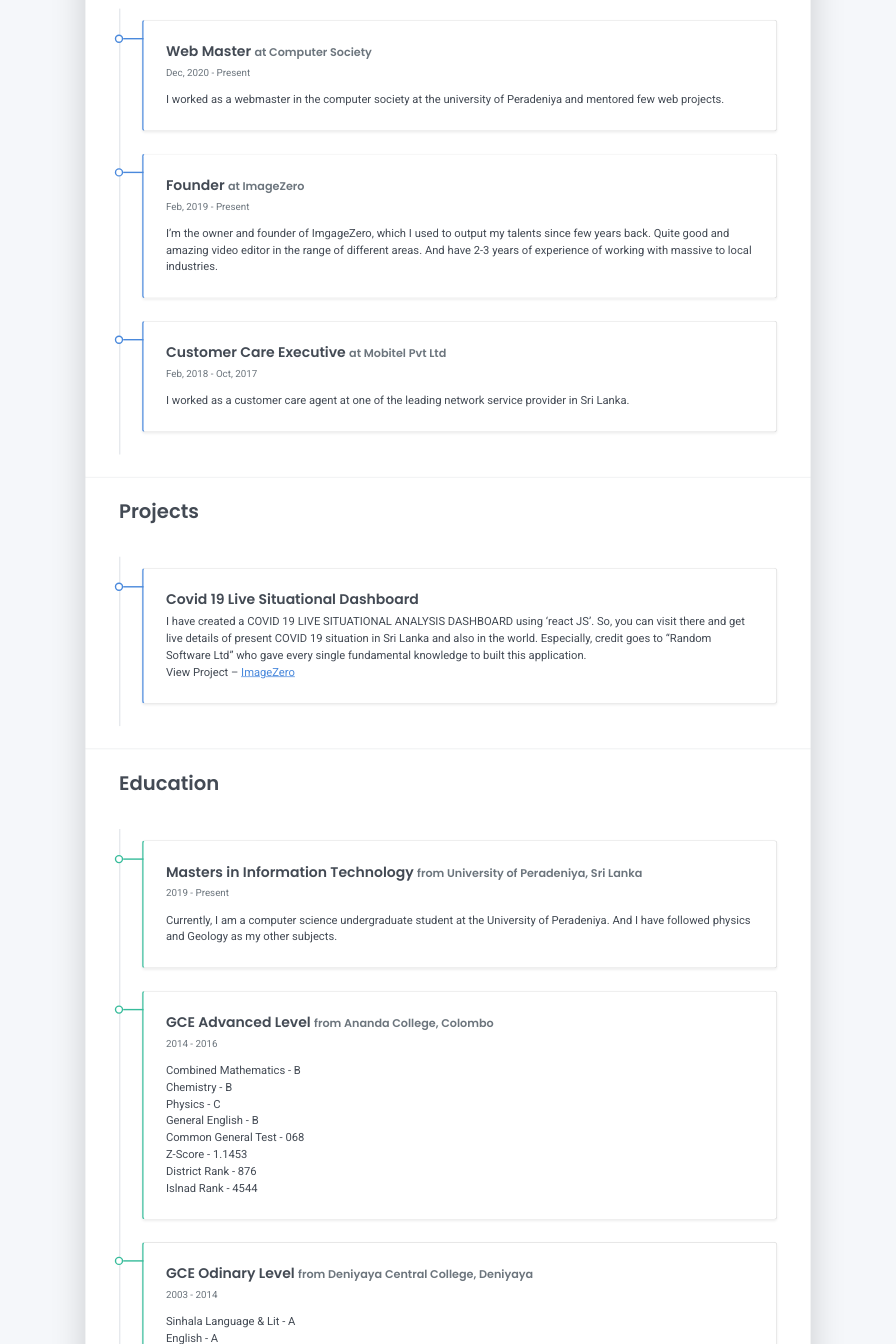
Repository: virangaj/resume
Page: index.html
The author's editor kept a copy of each file at every save. The page is drawn from the files as they stood at one save, then again after the next save.
The browser window is 1280 px wide. The pictures show the part of the page from y = 1306 to 3226 px (the page is 4281 px tall), at 70% of full size.

Above is the page before, as saved 2021-08-31 19:59:00.

### index.html
<!DOCTYPE html>
<html lang="en-US">
	<head>
		<meta charset="UTF-8" />
		<meta http-equiv="X-UA-Compatible" content="IE=edge" />
		<meta name="viewport" content="width=device-width, initial-scale=1" />
		<title>Virang Jayawardana</title>
		<link
			rel="preconnect"
			href="https://fonts.gstatic.com"
			crossorigin="crossorigin"
		/>
		<link
			rel="preload"
			as="style"
			href="https://fonts.googleapis.com/css2?family=Poppins:wght@600&amp;family=Roboto:wght@300;400;500;700&amp;display=swap"
		/>
		<link
			rel="stylesheet"
			href="https://fonts.googleapis.com/css2?family=Poppins:wght@600&amp;family=Roboto:wght@300;400;500;700&amp;display=swap"
			media="print"
			onload="this.media='all'"
		/>
		<noscript>
			<link
				rel="stylesheet"
				href="https://fonts.googleapis.com/css2?family=Poppins:wght@600&amp;family=Roboto:wght@300;400;500;700&amp;display=swap"
			/>
		</noscript>
		<link href="css/font-awesome/css/all.min.css?ver=1.2.0" rel="stylesheet" />
		<link href="css/bootstrap.min.css?ver=1.2.0" rel="stylesheet" />
		<link href="css/aos.css?ver=1.2.0" rel="stylesheet" />
		<link href="css/main.css?ver=1.2.0" rel="stylesheet" />
		<noscript>
			<style type="text/css">
				[data-aos] {
					opacity: 1 !important;
					transform: translate(0) scale(1) !important;
				}
			</style>
		</noscript>
	</head>
	<body id="top">
		<header class="d-print-none">
			<div class="container text-center text-lg-left">
				<div class="py-3 clearfix">
					<h1 class="site-title mb-0">Virang Jayawardana</h1>
					<div class="site-nav">
						<nav role="navigation">
							<ul class="nav justify-content-center">
								<li class="nav-item">
									<a
										class="nav-link"
										href="https://twitter.com/VirangaPasi"
										title="Twitter"
										><i class="fab fa-twitter"></i
										><span class="menu-title sr-only">Twitter</span></a
									>
								</li>
								<li class="nav-item">
									<a
										class="nav-link"
										href="https://www.facebook.com/virangapasindu.jayawardana/"
										title="Facebook"
										><i class="fab fa-facebook"></i
										><span class="menu-title sr-only">Facebook</span></a
									>
								</li>
								<li class="nav-item">
									<a
										class="nav-link"
										href="https://www.instagram.com/pasiya_k9/"
										title="Instagram"
										><i class="fab fa-instagram"></i
										><span class="menu-title sr-only">Instagram</span></a
									>
								</li>
								<li class="nav-item">
									<a
										class="nav-link"
										href="https://github.com/Viranga-pasi"
										title="Github"
										><i class="fab fa-github"></i
										><span class="menu-title sr-only">Github</span></a
									>
								</li>
							</ul>
						</nav>
					</div>
				</div>
			</div>
		</header>
		<div class="page-content">
			<div class="container">
				<div class="cover shadow-lg bg-white">
					<div class="cover-bg p-3 p-lg-4 text-white">
						<div class="row">
							<div class="col-lg-4 col-md-5">
								<div class="avatar hover-effect bg-white shadow-sm p-1">
									<img src="images/avatar.jpg" width="200" height="200" />
								</div>
							</div>
							<div class="col-lg-8 col-md-7 text-center text-md-start">
								<h2 class="h1 mt-2" data-aos="fade-left" data-aos-delay="0">
									Joyce Harrison
								</h2>
								<p data-aos="fade-left" data-aos-delay="100">
									Undergraduate | Web Developer
								</p>
								<div
									class="d-print-none"
									data-aos="fade-left"
									data-aos-delay="200"
								>
									<a
										class="btn btn-light text-dark shadow-sm mt-1 me-1"
										href="right-resume.pdf"
										target="_blank"
										>Download CV</a
									><a class="btn btn-success shadow-sm mt-1" href="#contact"
										>Hire Me</a
									>
								</div>
							</div>
						</div>
					</div>
					<div class="about-section pt-4 px-3 px-lg-4 mt-1">
						<div class="row">
							<div class="col-md-6">
								<h2 class="h3 mb-3">About Me</h2>
								<p>
									Hello! I’m Viranga Jayawardana. I am passionate about new
									technologies and Web Design. I am a skilled Front-end
									Developer and amazing video editor.
								</p>
							</div>
							<div class="col-md-5 offset-md-1">
								<div class="row mt-2">
									<div class="col-sm-4">
										<div class="pb-1">Age</div>
									</div>
									<div class="col-sm-8">
										<div class="pb-1 text-secondary">24</div>
									</div>
									<div class="col-sm-4">
										<div class="pb-1">Email</div>
									</div>
									<div class="col-sm-8">
										<div class="pb-1 text-secondary">
											virangapasindu4@gmail.com
										</div>
									</div>
									<div class="col-sm-4">
										<div class="pb-1">Phone</div>
									</div>
									<div class="col-sm-8">
										<div class="pb-1 text-secondary">+94 71 530 9595</div>
									</div>
									<div class="col-sm-4">
										<div class="pb-1">Address</div>
									</div>
									<div class="col-sm-8">
										<div class="pb-1 text-secondary">
											Samanala, Galdola, Kotapola, Sri Lanka
										</div>
									</div>
								</div>
							</div>
						</div>
					</div>
					<hr class="d-print-none" />
					<div class="skills-section px-3 px-lg-4">
						<h2 class="h3 mb-3">Professional Skills</h2>
						<div class="row">
							<div class="col-md-6">
								<div class="mb-2">
									<span>HTML</span>
									<div class="progress my-1">
										<div
											class="progress-bar bg-primary"
											role="progressbar"
											data-aos="zoom-in-right"
											data-aos-delay="100"
											data-aos-anchor=".skills-section"
											style="width: 90%"
											aria-valuenow="90"
											aria-valuemin="0"
											aria-valuemax="100"
										></div>
									</div>
								</div>
								<div class="mb-2">
									<span>CSS</span>
									<div class="progress my-1">
										<div
											class="progress-bar bg-primary"
											role="progressbar"
											data-aos="zoom-in-right"
											data-aos-delay="200"
											data-aos-anchor=".skills-section"
											style="width: 85%"
											aria-valuenow="85"
											aria-valuemin="0"
											aria-valuemax="100"
										></div>
									</div>
								</div>
								<div class="mb-2">
									<span>JavaScript</span>
									<div class="progress my-1">
										<div
											class="progress-bar bg-primary"
											role="progressbar"
											data-aos="zoom-in-right"
											data-aos-delay="300"
											data-aos-anchor=".skills-section"
											style="width: 80%"
											aria-valuenow="80"
											aria-valuemin="0"
											aria-valuemax="100"
										></div>
									</div>
								</div>
								<div class="mb-2">
									<span>ReactJs</span>
									<div class="progress my-1">
										<div
											class="progress-bar bg-primary"
											role="progressbar"
											data-aos="zoom-in-right"
											data-aos-delay="300"
											data-aos-anchor=".skills-section"
											style="width: 75%"
											aria-valuenow="75"
											aria-valuemin="0"
											aria-valuemax="100"
										></div>
									</div>
								</div>
								<div class="mb-2">
									<span>Java</span>
									<div class="progress my-1">
										<div
											class="progress-bar bg-primary"
											role="progressbar"
											data-aos="zoom-in-right"
											data-aos-delay="300"
											data-aos-anchor=".skills-section"
											style="width: 70%"
											aria-valuenow="70"
											aria-valuemin="0"
											aria-valuemax="100"
										></div>
									</div>
								</div>
								<div class="mb-2">
									<span>C language</span>
									<div class="progress my-1">
										<div
											class="progress-bar bg-primary"
											role="progressbar"
											data-aos="zoom-in-right"
											data-aos-delay="300"
											data-aos-anchor=".skills-section"
											style="width: 70%"
											aria-valuenow="70"
											aria-valuemin="0"
											aria-valuemax="100"
										></div>
									</div>
								</div>
								<div class="mb-2">
									<span>Wordpress</span>
									<div class="progress my-1">
										<div
											class="progress-bar bg-primary"
											role="progressbar"
											data-aos="zoom-in-right"
											data-aos-delay="300"
											data-aos-anchor=".skills-section"
											style="width: 85%"
											aria-valuenow="85"
											aria-valuemin="0"
											aria-valuemax="100"
										></div>
									</div>
								</div>
							</div>
							<div class="col-md-6">
								<div class="mb-2">
									<span>Adobe Photoshop</span>
									<div class="progress my-1">
										<div
											class="progress-bar bg-success"
											role="progressbar"
											data-aos="zoom-in-right"
											data-aos-delay="400"
											data-aos-anchor=".skills-section"
											style="width: 80%"
											aria-valuenow="90"
											aria-valuemin="0"
											aria-valuemax="100"
										></div>
									</div>
								</div>
								<div class="mb-2">
									<span>Abode Premiere Pro</span>
									<div class="progress my-1">
										<div
											class="progress-bar bg-success"
											role="progressbar"
											data-aos="zoom-in-right"
											data-aos-delay="500"
											data-aos-anchor=".skills-section"
											style="width: 85%"
											aria-valuenow="85"
											aria-valuemin="0"
											aria-valuemax="100"
										></div>
									</div>
								</div>
								<div class="mb-2">
									<span>Adobe After Effect</span>
									<div class="progress my-1">
										<div
											class="progress-bar bg-success"
											role="progressbar"
											data-aos="zoom-in-right"
											data-aos-delay="600"
											data-aos-anchor=".skills-section"
											style="width: 75%"
											aria-valuenow="75"
											aria-valuemin="0"
											aria-valuemax="100"
										></div>
									</div>
								</div>
								<div class="mb-2">
									<span>Adobe XD</span>
									<div class="progress my-1">
										<div
											class="progress-bar bg-success"
											role="progressbar"
											data-aos="zoom-in-right"
											data-aos-delay="600"
											data-aos-anchor=".skills-section"
											style="width: 75%"
											aria-valuenow="75"
											aria-valuemin="0"
											aria-valuemax="100"
										></div>
									</div>
								</div>
								<div class="mb-2">
									<span>Microsoft Office</span>
									<div class="progress my-1">
										<div
											class="progress-bar bg-success"
											role="progressbar"
											data-aos="zoom-in-right"
											data-aos-delay="600"
											data-aos-anchor=".skills-section"
											style="width: 85%"
											aria-valuenow="85"
											aria-valuemin="0"
											aria-valuemax="100"
										></div>
									</div>
								</div>
							</div>
						</div>
					</div>
					<hr class="d-print-none" />
					<div class="work-experience-section px-3 px-lg-4">
						<h2 class="h3 mb-4">Work Experience</h2>
						<div class="timeline">
							<div class="timeline-card timeline-card-primary card shadow-sm">
								<div class="card-body">
									<div class="h5 mb-1">
										Web Master
										<span class="text-muted h6">at Computer Society</span>
									</div>
									<div class="text-muted text-small mb-2">
										Dec, 2020 - Present
									</div>
									<div>
										I worked as a webmaster in the computer society at the
										university of Peradeniya and mentored few web projects.
									</div>
								</div>
							</div>
							<div class="timeline-card timeline-card-primary card shadow-sm">
								<div class="card-body">
									<div class="h5 mb-1">
										Founder
										<span class="text-muted h6">at ImageZero</span>
									</div>
									<div class="text-muted text-small mb-2">
										Feb, 2019 - Present
									</div>
									<div>
										I’m the owner and founder of ImgageZero, which I used to
										output my talents since few years back. Quite good and
										amazing video editor in the range of different areas. And
										have 2-3 years of experience of working with massive to
										local industries.
									</div>
								</div>
							</div>
							<div class="timeline-card timeline-card-primary card shadow-sm">
								<div class="card-body">
									<div class="h5 mb-1">
										Customer Care Executive
										<span class="text-muted h6">at Mobitel Pvt Ltd</span>
									</div>
									<div class="text-muted text-small mb-2">
										Feb, 2018 - Oct, 2017
									</div>
									<div>
										I worked as a customer care agent at one of the leading
										network service provider in Sri Lanka.
									</div>
								</div>
							</div>
						</div>
					</div>
					<hr class="d-print-none" />
					<div class="work-experience-section px-3 px-lg-4">
						<h2 class="h3 mb-4">Projects</h2>
						<div class="timeline">
							<div class="timeline-card timeline-card-primary card shadow-sm">
								<div class="card-body">
									<div class="h5 mb-1">Covid 19 Live Situational Dashboard</div>

									<div>
										I have created a COVID 19 LIVE SITUATIONAL ANALYSIS
										DASHBOARD using ‘react JS’. So, you can visit there and get
										live details of present COVID 19 situation in Sri Lanka and
										also in the world. Especially, credit goes to “Random
										Software Ltd” who gave every single fundamental knowledge to
										built this application.<br />
										View Project –
										<a href="https://imagezero.net/" target="_blank"
											>ImageZero</a
										>
									</div>
								</div>
							</div>
						</div>
					</div>
					<hr class="d-print-none" />
					<div class="page-break"></div>
					<div class="education-section px-3 px-lg-4 pb-4">
						<h2 class="h3 mb-4">Education</h2>
						<div class="timeline">
							<div class="timeline-card timeline-card-success card shadow-sm">
								<div class="card-body">
									<div class="h5 mb-1">
										Masters in Information Technology
										<span class="text-muted h6"
											>from University of Peradeniya, Sri Lanka</span
										>
									</div>
									<div class="text-muted text-small mb-2">2019 - Present</div>
									<div>
										Currently, I am a computer science undergraduate student at
										the University of Peradeniya. And I have followed physics
										and Geology as my other subjects.
									</div>
								</div>
							</div>
							<div class="timeline-card timeline-card-success card shadow-sm">
								<div class="card-body">
									<div class="h5 mb-1">
										GCE Advanced Level
										<span class="text-muted h6"
											>from Ananda College, Colombo</span
										>
									</div>
									<div class="text-muted text-small mb-2">2014 - 2016</div>
									<div>Combined Mathematics - B</div>
									<div>Chemistry - B</div>
									<div>Physics - C</div>
									<div>General English - B</div>
									<div>Common General Test - 068</div>
									<div>Z-Score - 1.1453</div>
									<div>District Rank - 876</div>
									<div>Islnad Rank - 4544</div>
								</div>
							</div>
							<div class="timeline-card timeline-card-success card shadow-sm">
								<div class="card-body">
									<div class="h5 mb-1">
										GCE Odinary Level
										<span class="text-muted h6"
											>from Deniyaya Central College, Deniyaya</span
										>
									</div>
									<div class="text-muted text-small mb-2">2003 - 2014</div>
									<div>Sinhala Language & Lit - A</div>
									<div>English - A</div>
									<div>Mathematics (ENG) - A</div>
									<div>Science (ENG) - A</div>
									<div>History - A</div>
									<div>Buddhism - A</div>
									<div>English - A</div>
									<div>Accounting & Bussiness Studies - A</div>
									<div>ICT (ENG) - A</div>
									<div>Appreciation of English Leteracy Texts - C</div>
								</div>
							</div>
						</div>
					</div>
					<hr class="d-print-none" />
					<div class="contant-section px-3 px-lg-4 pb-4" id="contact">
						<h2 class="h3 text mb-3">Contact</h2>
						<div class="row">
							<div class="col-md-7 d-print-none">
								<div class="my-2">
									<form action="virangapasindu4@gmail.com" method="POST">
										<div class="row">
											<div class="col-6">
												<input
													class="form-control"
													type="text"
													id="name"
													name="name"
													placeholder="Your Name"
													required
												/>
											</div>
											<div class="col-6">
												<input
													class="form-control"
													type="email"
													id="email"
													name="_replyto"
													placeholder="Your E-mail"
													required
												/>
											</div>
										</div>
										<div class="form-group my-2">
											<textarea
												class="form-control"
												style="resize: none"
												id="message"
												name="message"
												rows="4"
												placeholder="Your Message"
												required
											></textarea>
										</div>
										<button class="btn btn-primary mt-2" type="submit">
											Send
										</button>
									</form>
								</div>
							</div>
							<div class="col">
								<div class="mt-2">
									<h3 class="h6">Address</h3>
									<div class="pb-2 text-secondary">
										Samanala, Galdola, Kotapola, Sri Lanka
									</div>
									<h3 class="h6">Phone</h3>
									<div class="pb-2 text-secondary">+94 71 530 9595</div>
									<h3 class="h6">Email</h3>
									<div class="pb-2 text-secondary">
										virangapasindu4@gmail.com
									</div>
								</div>
							</div>
						</div>
					</div>
				</div>
			</div>
		</div>
		<footer class="pt-4 pb-4 text-muted text-center d-print-none">
			<div class="container">
				<div class="my-3">
					<div class="h4">Viranga Jayawardana</div>
					<div class="footer-nav">
						<nav role="navigation">
							<ul class="nav justify-content-center">
								<li class="nav-item">
									<a
										class="nav-link"
										href="https://twitter.com/VirangaPasi"
										title="Twitter"
										><i class="fab fa-twitter"></i
										><span class="menu-title sr-only">Twitter</span></a
									>
								</li>
								<li class="nav-item">
									<a
										class="nav-link"
										href="https://www.facebook.com/virangapasindu.jayawardana/"
										title="Facebook"
										><i class="fab fa-facebook"></i
										><span class="menu-title sr-only">Facebook</span></a
									>
								</li>
								<li class="nav-item">
									<a
										class="nav-link"
										href="https://www.instagram.com/pasiya_k9/"
										title="Instagram"
										><i class="fab fa-instagram"></i
										><span class="menu-title sr-only">Instagram</span></a
									>
								</li>
								<li class="nav-item">
									<a
										class="nav-link"
										href="https://github.com/Viranga-pasi"
										title="Github"
										><i class="fab fa-github"></i
										><span class="menu-title sr-only">Github</span></a
									>
								</li>
							</ul>
						</nav>
					</div>
				</div>
				<div class="text-small">
					<div class="mb-1">
						&copy; Viranga Jayawardana. All rights reserved.
					</div>
					<div>
						Design -
						<a href="https://imagezero.net/" target="_blank">ImageZero</a>
					</div>
				</div>
			</div>
		</footer>
		<script src="scripts/bootstrap.bundle.min.js?ver=1.2.0"></script>
		<script src="scripts/aos.js?ver=1.2.0"></script>
		<script src="scripts/main.js?ver=1.2.0"></script>
	</body>
</html>

### css/main.css
/* Buttons */
/* Inputs */
/* Timeline custom component */
.timeline {
	border-left: 2px solid #e6e9ed;
	padding: 1rem 0;
}

.timeline-card {
	position: relative;
	margin-left: 31px;
	border-left: 2px solid;
	margin-bottom: 2rem;
}

.timeline-card:last-child {
	margin-bottom: 1rem;
}

.timeline-card:before {
	content: '';
	display: inline-block;
	position: absolute;
	background-color: #fff;
	border-radius: 10px;
	width: 12px;
	height: 12px;
	top: 20px;
	left: -41px;
	border: 2px solid;
	z-index: 2;
}

.timeline-card:after {
	content: '';
	display: inline-block;
	position: absolute;
	background-color: currentColor;
	width: 29px;
	height: 2px;
	top: 25px;
	left: -29px;
	z-index: 1;
}

.timeline-card-primary {
	border-left-color: #4a89dc;
}

.timeline-card-primary:before {
	border-color: #4a89dc;
}

.timeline-card-primary:after {
	background-color: #4a89dc;
}

.timeline-card-success {
	border-left-color: #37bc9b;
}

.timeline-card-success:before {
	border-color: #37bc9b;
}

.timeline-card-success:after {
	background-color: #37bc9b;
}

html {
	scroll-behavior: smooth;
}

.site-title {
	font-size: 1.25rem;
	line-height: 2.5rem;
}

.nav-link {
	padding: 0;
	font-size: 1.25rem;
	line-height: 2.5rem;
	color: rgba(0, 0, 0, 0.5);
}

.nav-link:hover,
.nav-link:focus,
.active .nav-link {
	color: rgba(0, 0, 0, 0.8);
}

.nav-item + .nav-item {
	margin-left: 1rem;
}

.cover {
	border-radius: 10px;
}

.cover-bg {
	background-color: #4a89dc;
	background-image: url("data:[embedded picture, 1696 characters]");
	border-radius: 10px 10px 0 0;
}

.avatar {
	max-width: 216px;
	max-height: 216px;
	margin-top: 20px;
	text-align: center;
	margin-left: auto;
	margin-right: auto;
}

.avatar img {
	/* Safari 6.0 - 9.0 */
	/* filter: grayscale(100%); */
}

footer a:not(.nav-link) {
	color: inherit;
	border-bottom: 1px dashed;
	text-decoration: none;
	cursor: pointer;
}

@media (min-width: 48em) {
	.site-title {
		float: left;
	}
	.site-nav {
		float: right;
	}
	.avatar {
		margin-bottom: -80px;
		margin-left: 0;
	}
}

@media print {
	body {
		background-color: #fff;
	}
	.container {
		width: auto;
		max-width: 100%;
		padding: 0;
	}
	.cover,
	.cover-bg {
		border-radius: 0;
	}
	.cover.shadow-lg {
		box-shadow: none !important;
	}
	.cover-bg {
		padding: 5rem !important;
		padding-bottom: 10px !important;
	}
	.avatar {
		margin-top: -10px;
	}
	.about-section {
		padding: 6.5rem 5rem 2rem !important;
	}
	.skills-section,
	.work-experience-section,
	.education-section,
	.contant-section {
		padding: 1.5rem 5rem 2rem !important;
	}
	.page-break {
		padding-top: 5rem;
		page-break-before: always;
	}
}

Loaded but not shown: css/font-awesome/css/all.min.css (library); css/bootstrap.min.css (library); css/aos.css (library); scripts/bootstrap.bundle.min.js (library); scripts/aos.js (library); scripts/main.js (common file)

After the next save:
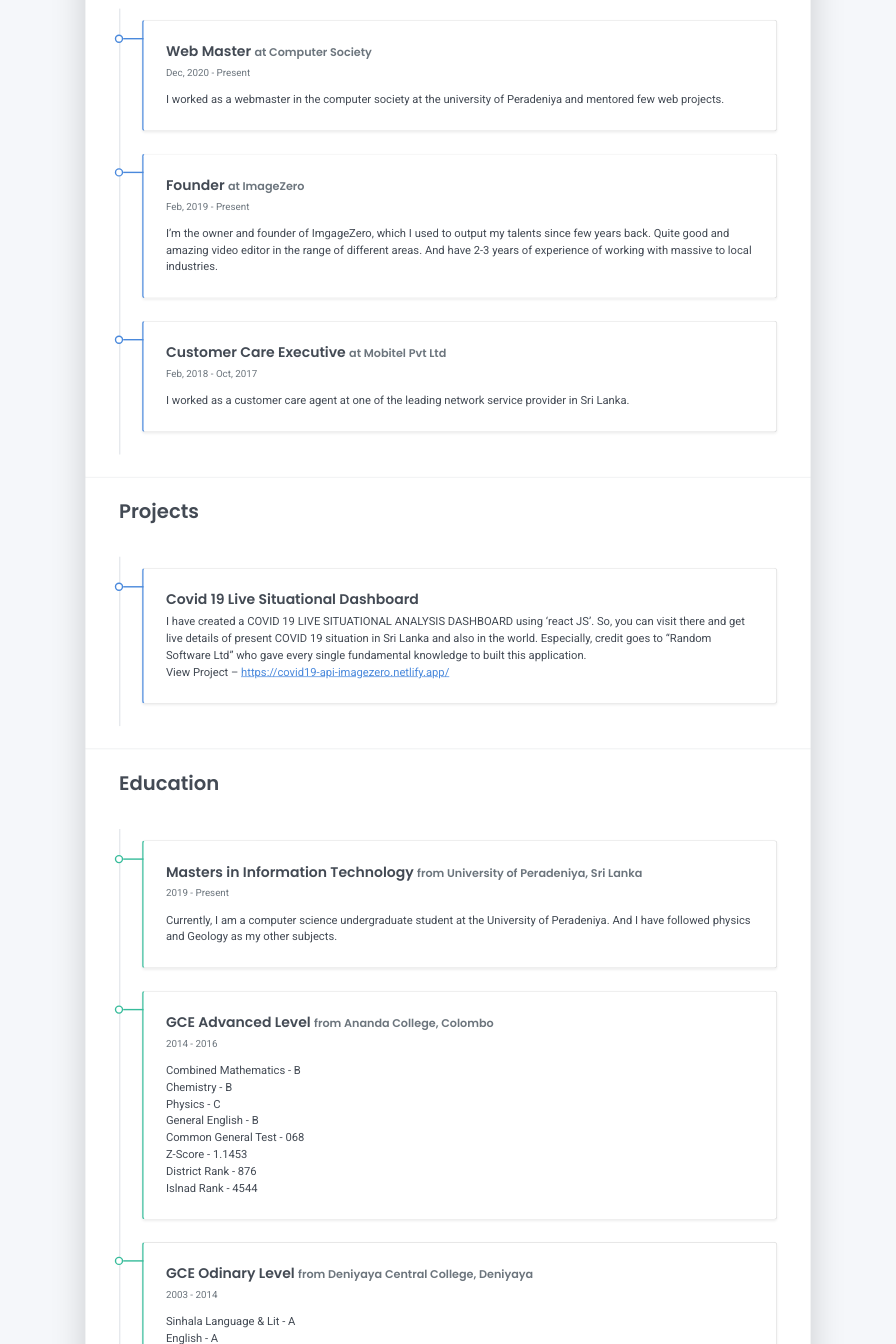
Saved 21 s later.
--- a/index.html
+++ b/index.html
@@ -440,8 +440,10 @@
 										Software Ltd” who gave every single fundamental knowledge to
 										built this application.<br />
 										View Project –
-										<a href="https://imagezero.net/" target="_blank"
-											>ImageZero</a
+										<a
+											href="https://covid19-api-imagezero.netlify.app/"
+											target="_blank"
+											>https://covid19-api-imagezero.netlify.app/</a
 										>
 									</div>
 								</div>
